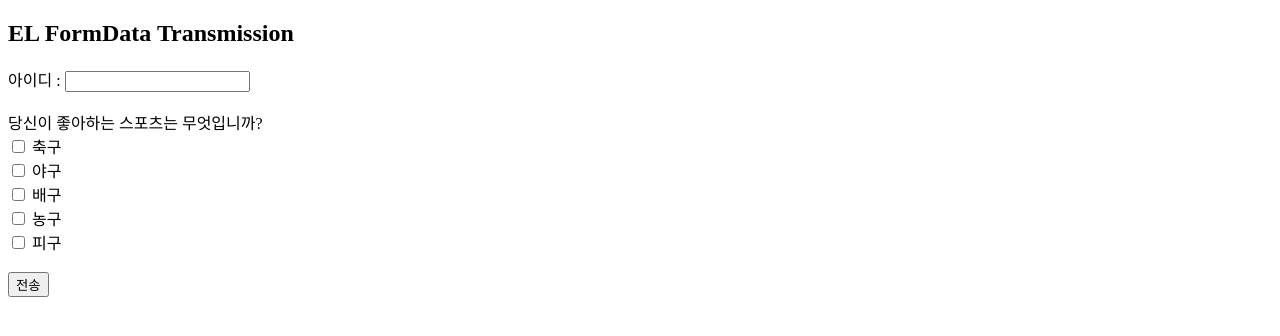
Repository: Rua1006/JSP
Page: http://localhost/practice02/05.ELDataForm.jsp
An editor plug-in stored every save of this project. The page is shown before and after the next save, followed by the edit.
The browser window is 1280 px wide. The pictures show the whole page.
The page is served by Tomcat 9.

Above is the page before, as saved 2022-11-10 04:46:43.

After the next save:
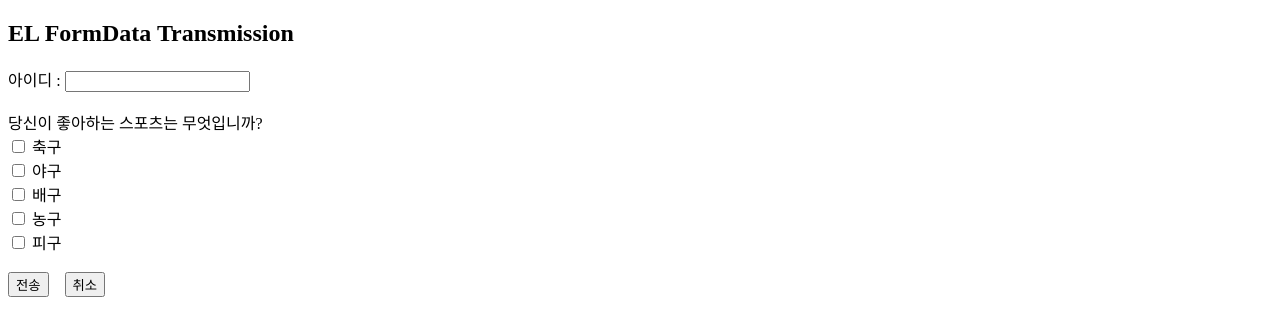
Saved 22 s later.
--- a/practice02/WebContent/05.ELDataForm.jsp
+++ b/practice02/WebContent/05.ELDataForm.jsp
@@ -34,7 +34,8 @@
 		<label for="hobby4">농구</label><br>
 		<input type="checkbox" id="hobby5" name="hobby" value="피구">
 		<label for="hobby5">피구</label><br><br>
-		<input type="submit" value="전송">&nbsp;
+		<input type="submit" value="전송">&nbsp;&nbsp;&nbsp;
+		<input type="reset" value="취소">
 	</form>
 </body>
 </html>
